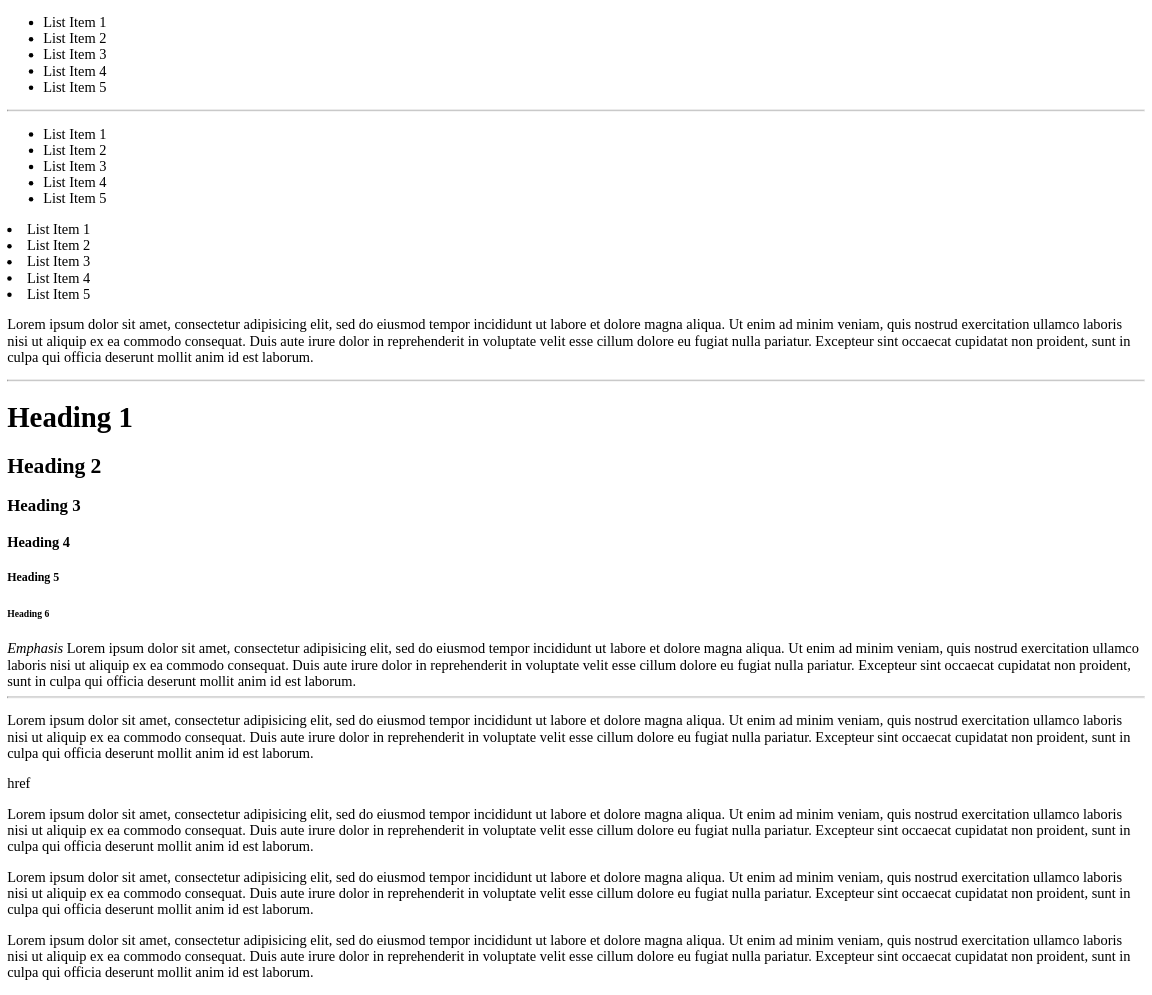
Repository: PankajSutharPersistent/vm-backup
Page: workspaceJavaScript/DemoJQuery/index.html
The author's editor kept a copy of each file at every save. The page is drawn from the files as they stood at one save, then again after the next save.
The browser window is 1280 px wide. The pictures show the whole page, at 90% of full size.

Above is the page before, as saved 2017-01-02 05:29:21.

After the next save:
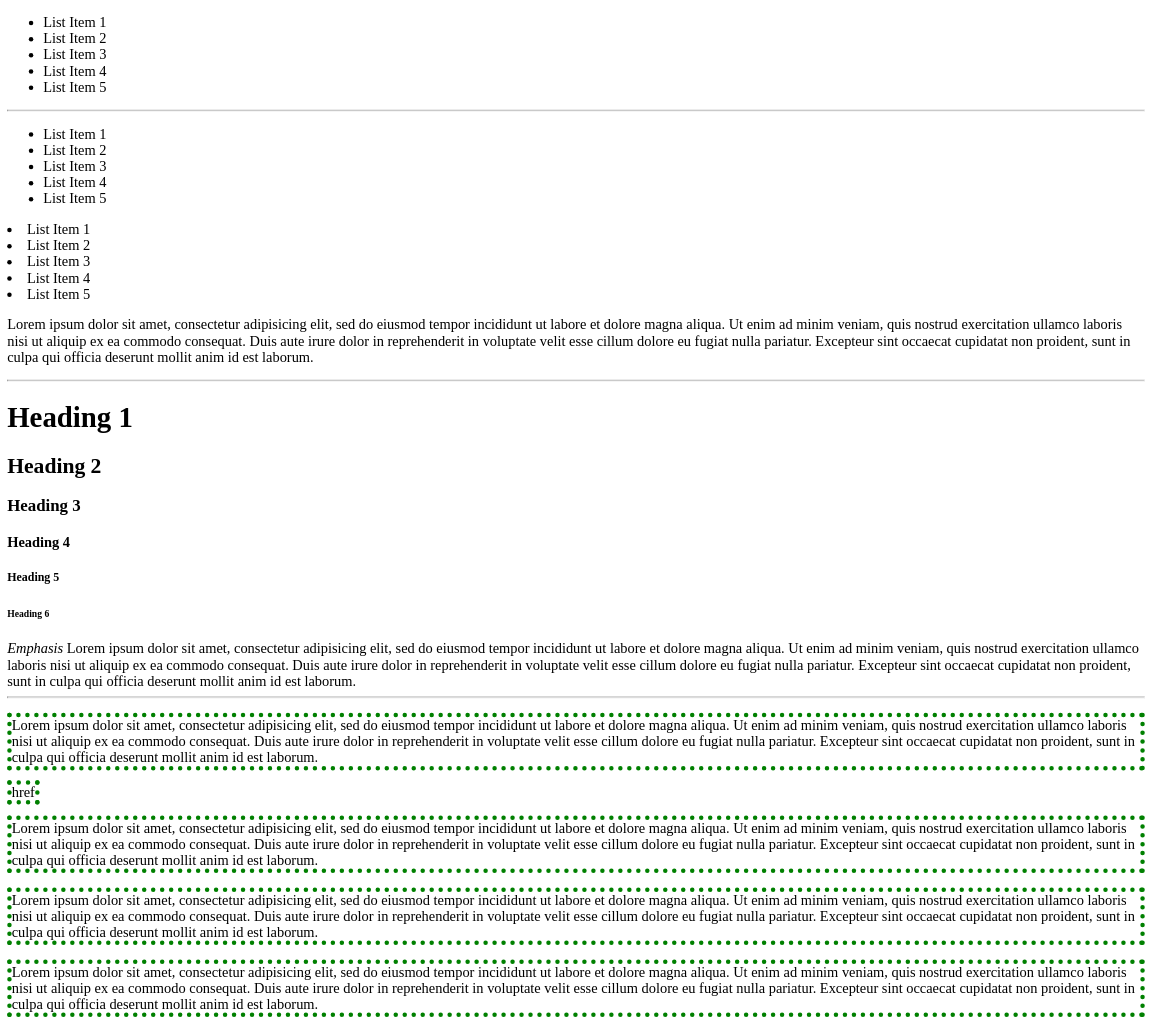
Saved 19 s later.
--- a/workspaceJavaScript/DemoJQuery/index.html
+++ b/workspaceJavaScript/DemoJQuery/index.html
@@ -31,7 +31,7 @@
 			// $(".x.a, h1, ul#list").css("border","2px solid red")
 
 			// $("div + p").css("border","5px dotted green")
-			// $("div ~ p,a").css("border","5px dotted green")
+			$("div ~ p,a").css("border","5px dotted green")
 			///=========================
 		})
 	</script>

After the save that followed:
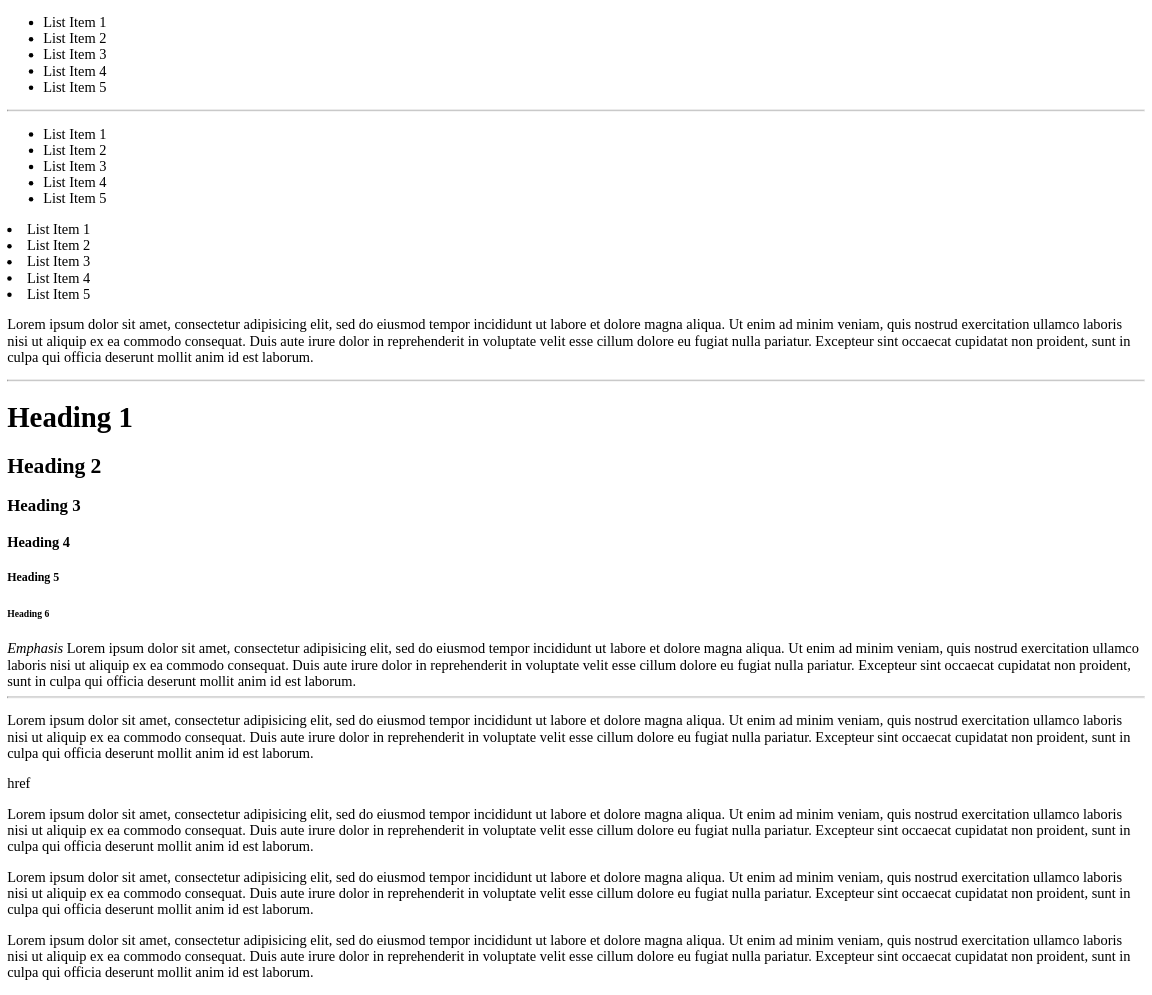
Saved 5 min 4 s later.
--- a/workspaceJavaScript/DemoJQuery/index.html
+++ b/workspaceJavaScript/DemoJQuery/index.html
@@ -31,7 +31,7 @@
 			// $(".x.a, h1, ul#list").css("border","2px solid red")
 
 			// $("div + p").css("border","5px dotted green")
-			$("div ~ p,a").css("border","5px dotted green")
+			//$("div ~ p,a").css("border","5px dotted green")
 			///=========================
 		})
 	</script>
